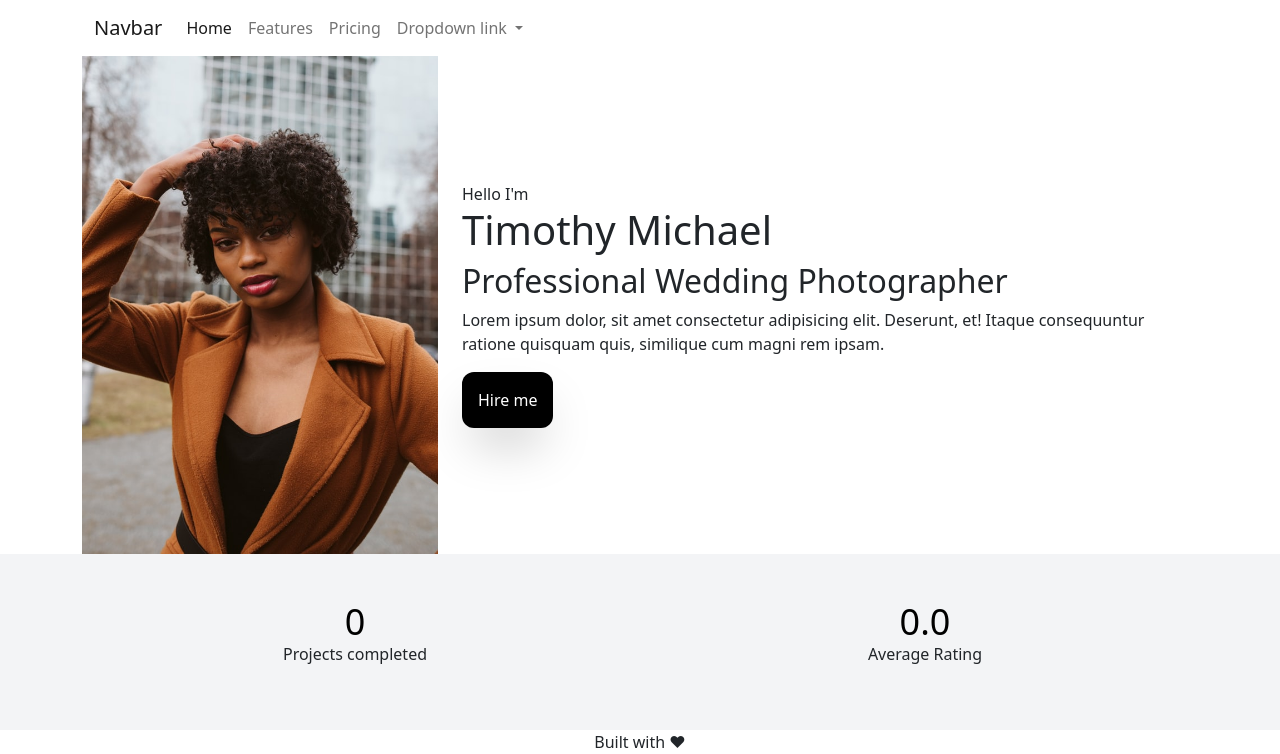
Repository: latenightsnacc/giggles
Page: HTML/freelancer.html
The author's editor kept a copy of each file at every save. The page is drawn from the files as they stood at one save, then again after the next save.
The browser window is 1280 px wide. The pictures show the whole page.
Some web libraries are served in a nearby version.

Above is the page before, as saved 2021-01-03 14:52:04.

After the next save:
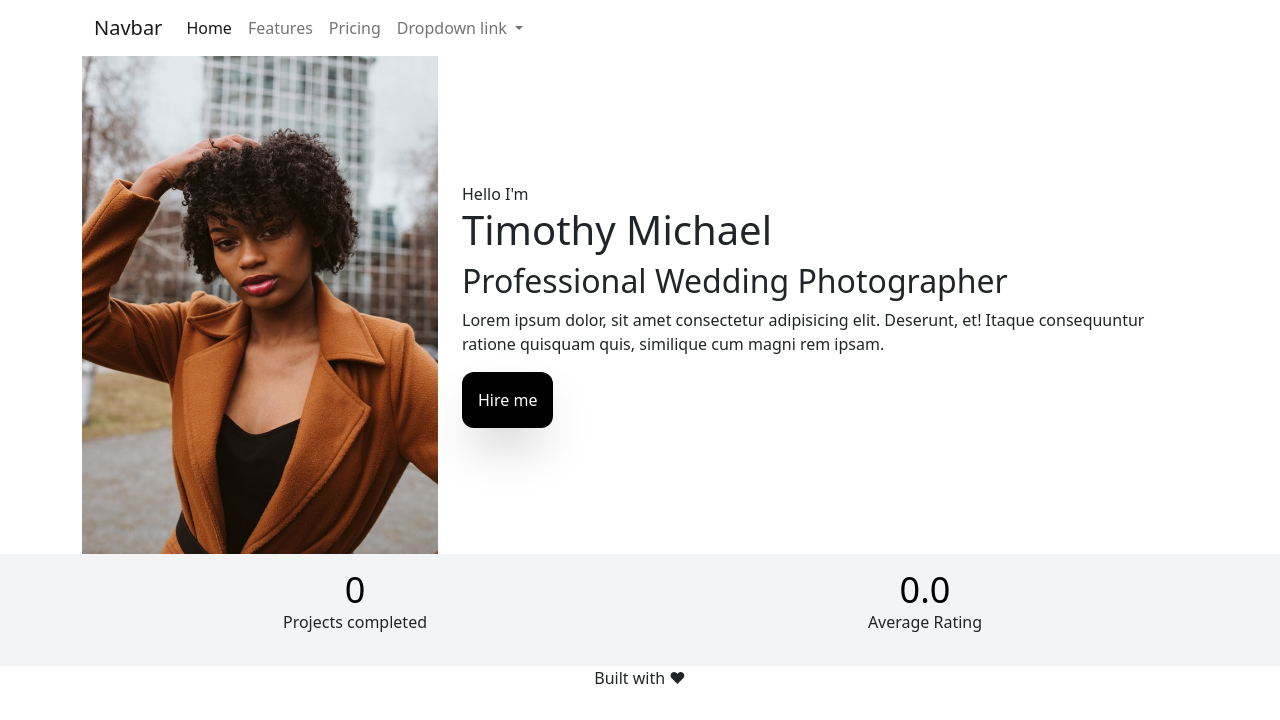
Saved 6 s later.
--- a/HTML/freelancer.html
+++ b/HTML/freelancer.html
@@ -59,7 +59,7 @@
                 </div>
             </div>
         </div>
-        <div class="stats w-full bg-gray-100 flex items-center h-auto py-5">
+        <div class="stats w-full bg-gray-100 flex items-center h-auto py-3">
             <div class="container">
                 <div class="row">
                     <div class="stat-box col text-center">
